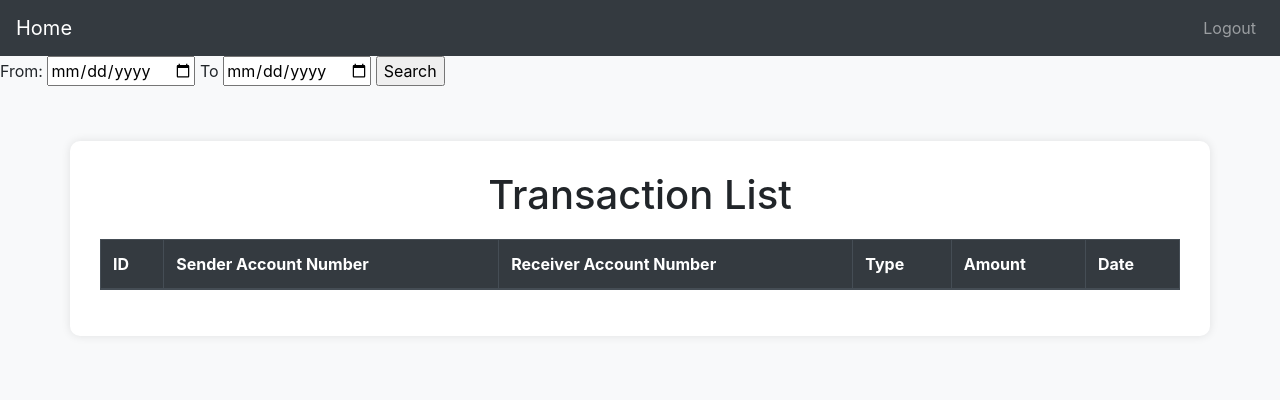
Repository: bhatideepak599/JspServlets
Page: http://localhost/11-bank-application/transactionFile.jsp
An editor plug-in stored every save of this project. The page is shown before and after the next save, followed by the edit.
The browser window is 1280 px wide. The pictures show the whole page.
The page is served by Tomcat 9. Other server files are loaded and not shown. The template is opened directly, without the code that normally fills it, so the values that code supplies are empty.

Above is the page before, as saved 2024-07-22 12:04:44.

### 11-bank-application/WebContent/transactionFile.jsp
<%@ page language="java" contentType="text/html; charset=ISO-8859-1"
	pageEncoding="ISO-8859-1"%>
<%@ taglib uri="http://java.sun.com/jsp/jstl/core" prefix="c"%>
<%@ taglib uri="http://java.sun.com/jsp/jstl/functions" prefix="fn"%>
<!DOCTYPE html>
<html>
<head>
<meta charset="ISO-8859-1">
<title>Transaction List</title>
<!-- Bootstrap CSS -->
<link
	href="https://maxcdn.bootstrapcdn.com/bootstrap/4.5.2/css/bootstrap.min.css"
	rel="stylesheet">
<style>
body {
	background-color: #f8f9fa;
}

.container {
	background-color: white;
	padding: 30px;
	border-radius: 10px;
	box-shadow: 0 0 10px rgba(0, 0, 0, 0.1);
	margin-top: 50px;
}

.table th, .table td {
	vertical-align: middle;
}

h1 {
	text-align: center;
	margin-bottom: 20px;
}
</style>
</head>
<body>
	<nav class="navbar navbar-expand-lg navbar-dark bg-dark">
		<a class="navbar-brand" href="AdminController">Home</a>

		<div class="collapse navbar-collapse">
			<ul class="navbar-nav ml-auto">
				<li class="nav-item"><a class="nav-link" href="LogoutServlet">Logout</a></li>
			</ul>
		</div>

	</nav>
	<form action="searchTransactions" method="post">
		<label for="startDate">From:</label> <input type="date"
			id="startDate" name="startDate" required> <label
			for="endDate">To</label> <input type="date" id="endDate"
			name="endDate" required> <input type="submit" value="Search">
	</form>
	<div class="container">
		<h1>Transaction List</h1>
		<table class="table table-striped table-bordered">
			<thead class="thead-dark">
				<tr>
					<th>ID</th>
					<th>Sender Account Number</th>
					<th>Receiver Account Number</th>
					<th>Type</th>
					<th>Amount</th>
					<th>Date</th>
				</tr>
			</thead>

			<tbody>
				<c:forEach var="transaction" items="${theTransactionList}">

					<tr>

						<td>${transaction.getId()}</td>
						<td>${transaction.getSenderAccNo() }</td>

						<td>${transaction.getReceiverAccNo()}</td>
						<td>${transaction.getType()}</td>
						<td>${transaction.getAmount()}</td>
						<td>${transaction.getDate()}</td>




					</tr>

				</c:forEach>

			</tbody>

		</table>
	</div>

	<!-- Bootstrap JS, Popper.js, and jQuery -->
	<script src="https://code.jquery.com/jquery-3.5.1.slim.min.js"></script>
	<script
		src="https://cdn.jsdelivr.net/npm/@popperjs/core@2.9.3/dist/umd/popper.min.js"></script>
	<script
		src="https://maxcdn.bootstrapcdn.com/bootstrap/4.5.2/js/bootstrap.min.js"></script>
</body>
</html>

After the next save:
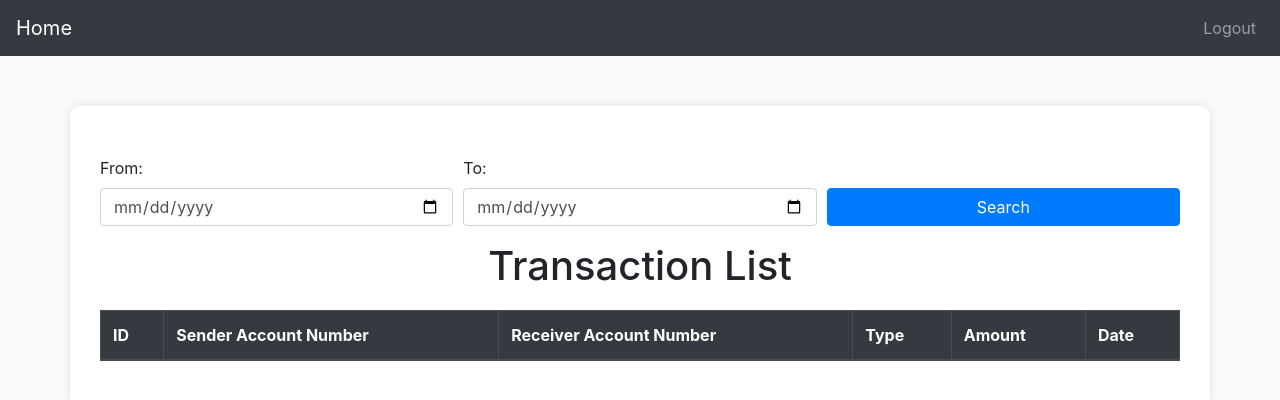
Saved 2 min 16 s later.
--- a/11-bank-application/WebContent/transactionFile.jsp
+++ b/11-bank-application/WebContent/transactionFile.jsp
@@ -32,6 +32,10 @@ h1 {
 	text-align: center;
 	margin-bottom: 20px;
 }
+
+.search-bar {
+	margin-top: 20px;
+}
 </style>
 </head>
 <body>
@@ -43,15 +47,25 @@ h1 {
 				<li class="nav-item"><a class="nav-link" href="LogoutServlet">Logout</a></li>
 			</ul>
 		</div>
+	</nav>
 
-	</nav>
-	<form action="searchTransactions" method="post">
-		<label for="startDate">From:</label> <input type="date"
-			id="startDate" name="startDate" required> <label
-			for="endDate">To</label> <input type="date" id="endDate"
-			name="endDate" required> <input type="submit" value="Search">
-	</form>
 	<div class="container">
+		<form action="searchTransactions" method="post" class="search-bar">
+			<div class="form-row">
+				<div class="col-md-4 mb-3">
+					<label for="startDate">From:</label>
+					<input type="date" class="form-control" id="startDate" name="startDate" required>
+				</div>
+				<div class="col-md-4 mb-3">
+					<label for="endDate">To:</label>
+					<input type="date" class="form-control" id="endDate" name="endDate" required>
+				</div>
+				<div class="col-md-4 mb-3 d-flex align-items-end">
+					<input type="submit" class="btn btn-primary w-100" value="Search">
+				</div>
+			</div>
+		</form>
+
 		<h1>Transaction List</h1>
 		<table class="table table-striped table-bordered">
 			<thead class="thead-dark">
@@ -67,26 +81,16 @@ h1 {
 
 			<tbody>
 				<c:forEach var="transaction" items="${theTransactionList}">
-
 					<tr>
-
 						<td>${transaction.getId()}</td>
 						<td>${transaction.getSenderAccNo() }</td>
-
 						<td>${transaction.getReceiverAccNo()}</td>
 						<td>${transaction.getType()}</td>
 						<td>${transaction.getAmount()}</td>
 						<td>${transaction.getDate()}</td>
-
-
-
-
 					</tr>
-
 				</c:forEach>
-
 			</tbody>
-
 		</table>
 	</div>
 
